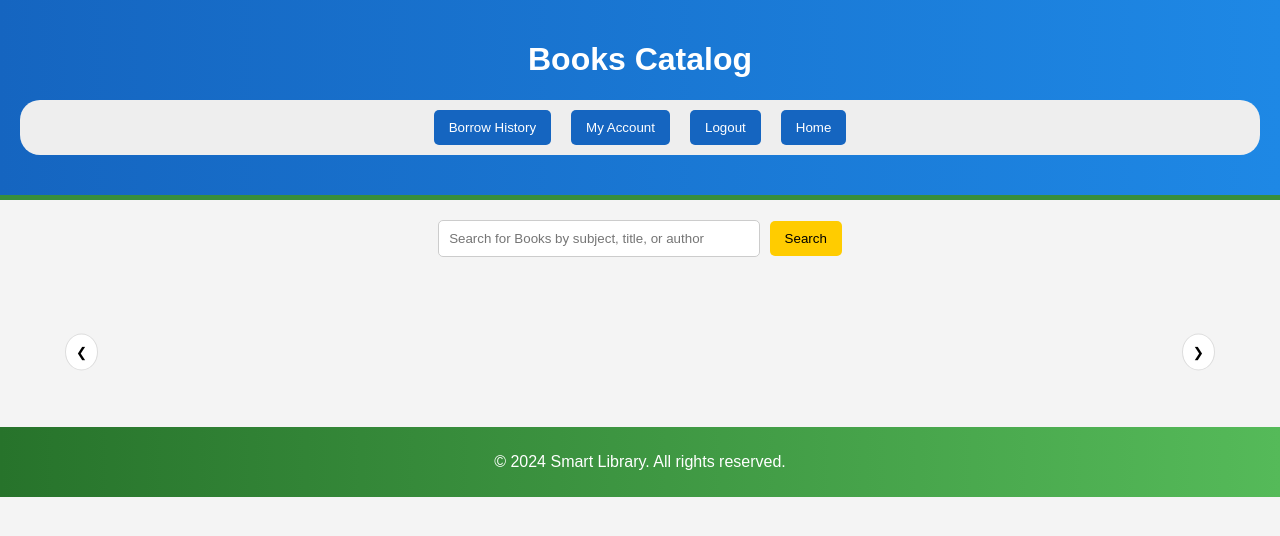
Repository: grebail/Comp-FYP
Page: public/user-books-catalog.html
The author's editor kept a copy of each file at every save. The page is drawn from the files as they stood at one save, then again after the next save.
The browser window is 1280 px wide. The pictures show the whole page.

Above is the page before, as saved 2025-02-12 15:47:59.
Console error: TypeError: Cannot read properties of null (reading 'addEventListener')

After the next save:
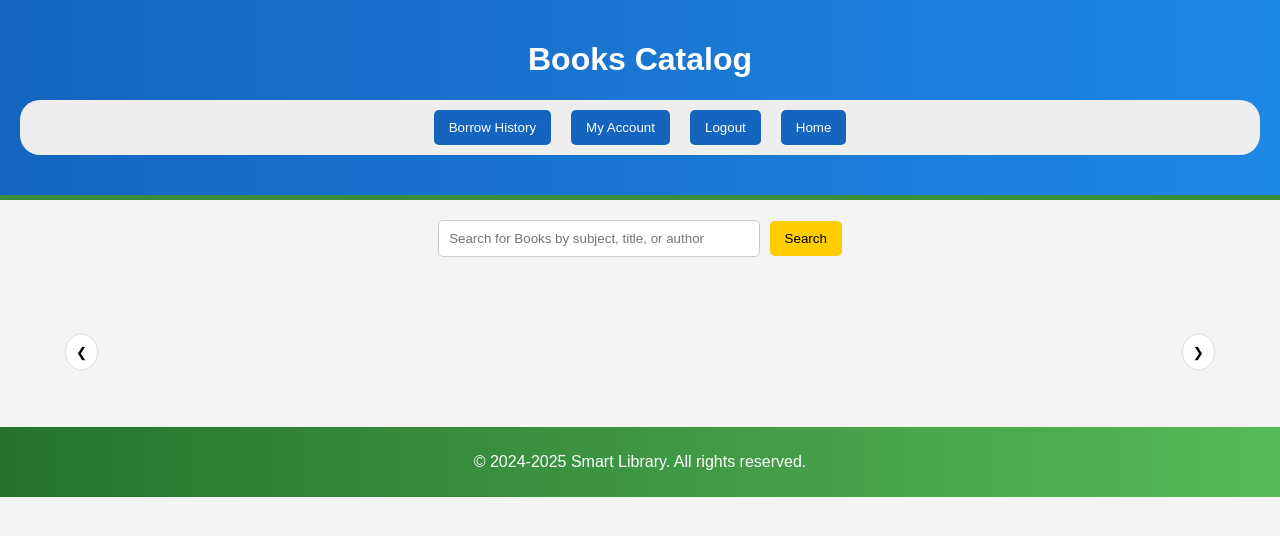
Saved 24 s later.
--- a/public/user-books-catalog.html
+++ b/public/user-books-catalog.html
@@ -216,7 +216,7 @@
     </main>
 
     <footer>
-        <p>&copy; 2024 Smart Library. All rights reserved.</p>
+        <p>&copy; 2024-2025 Smart Library. All rights reserved.</p>
     </footer>
 
     <script>
